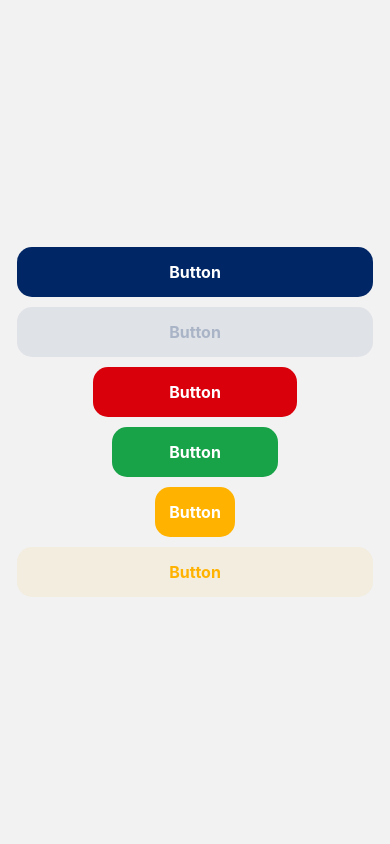
Repository: hungdomanh95/setuptheme
Screen: /HomeScreen
The author's editor kept a copy of each file at every save. The screen is drawn from the files as they stood at one save, then again after a run of saves.
The app was drawn by React Native's web renderer in a window 390 px wide. The project was rebuilt for these pictures with package versions that can differ from the ones it lists, and the page was loaded fresh each time. Also part of the build but not shown: src/components/Fade/index.js, src/components/Slide/index.js.

Above is the screen before, as saved 2022-05-17 11:57:32.

### App.js
import {View, Text} from 'react-native';
import React from 'react';
import RootNavigation from './src/navigation/rootNavigation';

const App = () => {
  return <RootNavigation />;
};

export default App;

### src/navigation/rootNavigation.js
import React from 'react'
import {NavigationContainer} from '@react-navigation/native';
import {createNativeStackNavigator} from '@react-navigation/native-stack';
import {
  HomeScreen,
} from '../screens';
import { SafeAreaProvider } from 'react-native-safe-area-context';

const Stack = createNativeStackNavigator();
const RootNavigation = () => {
  const screenOptions = {
    headerTransparent: true,
    headerShown: false,
  };
  const stackOption = {
    headerShown: true,
    headerBackTitle: '',
    headerTitle: '',
  };
  return (
    <SafeAreaProvider>
      <NavigationContainer>
        <Stack.Navigator screenOptions={screenOptions}>
          <Stack.Screen name="HomeScreen" component={HomeScreen} />
        </Stack.Navigator>
      </NavigationContainer>
    </SafeAreaProvider>
  );
};

export default RootNavigation;

### src/screens/index.js
import HomeScreen from './HomeScreen';
export {HomeScreen};

### src/screens/HomeScreen/index.js
import {View, Text, StyleSheet} from 'react-native';
import React from 'react';
import {COLOR, shadows} from '../../theme';
import {RNButton} from '../../components';

const HomeScreen = () => {
const hanle = () => {
  console.log("---");
}
  return (
    <View style={styles.container}>
      <RNButton text="Button" type={'primary'} size={'fullsize'} onPress={hanle} />
      <RNButton text="Button" type={'primary'} size={'fullsize'} onPress={hanle} disabled={true} />
      <RNButton text="Button" type={'danger'} size={'medium'} />
      <RNButton text="Button" type={'success'} size={'small'} />
      <RNButton text="Button" type={'warning'} size={80} />
      <RNButton text="Button" color={COLOR.neural8} colorText={COLOR.neural} />
    </View>
  );
};

export default HomeScreen;
const styles = StyleSheet.create({
  container: {
    flex: 1,
    justifyContent: 'center',
    alignItems: 'center',
  },
});

### src/theme/index.js
import {StyleSheet, Dimensions} from 'react-native';
const {width, height} = Dimensions.get('window');
const width_design = 375;
export const SIZE = {
  width,
  height,
  spacing: 16,
  icon: 24,
  btn1: (width * 343) / width_design,
  btn2: (width * 196) / width_design,
  btn3: (width * 160) / width_design,
};
export const COLOR = {
  primary: '#002665',
  primary80: "rgba(0, 38, 101, 0.8)",
  primary60: "rgba(0, 38, 101, 0.6)",
  primary40: "rgba(0, 38, 101, 0.4)",
  primary24: "rgba(0, 38, 101, 0.24)",
  primary16: "rgba(0, 38, 101, 0.16)",
  primary8: "rgba(0, 38, 101, 0.08)",
  primary4: "rgba(0, 38, 101, 0.04)",
  secondary: '#2567F9',
  secondary50: '#0077FF',
  secondary40: 'rgba(0, 119, 255, 0.4)',
  secondary24: 'rgba(0, 119, 255, 0.24)',
  secondary16: 'rgba(0, 119, 255, 0.16)',
  secondary8: 'rgba(0, 119, 255, 0.08)',
  white: '#FFFFFF',
  white64: 'rgba(255,255,255,0.64)',
  white40: 'rgba(255,255,255,0.4)',
  white24: 'rgba(255,255,255,0.24)',
  white16: 'rgba(255,255,255,0.16)',
  white8: 'rgba(255,255,255,0.08)',
  white4: 'rgba(255,255,255,0.04)',
  yellow: '#FDBE01',
  yellow80: 'rgba(253, 190, 1, 0.8)',
  yellow40: 'rgba(253, 190, 1, 0.4)',
  yellow16: 'rgba(253, 190, 1, 0.16)',
  red: '#DA000B',
  red80: 'rgba(227, 38, 46, 0.8)',
  red40: 'rgba(227, 38, 46, 0.4)',
  red16: 'rgba(227, 38, 46, 0.16)',
  gray: '#6D7E92',
  gray40: '#7689A2',
  gray24: '#B3BDCB',
  gray16: '#DADFE6',
  gray8: '#F9FAFD',
  green: '#18A348',
  green50: '#25C26E',
  green40: 'rgba(37, 194, 110, 0.4)',
  green24: 'rgba(37, 194, 110, 0.24)',
  neural: '#FFB200',
  neural80: 'rgba(255, 178, 0, 0.8)',
  neural40: 'rgba(255, 178, 0, 0.4)',
  neural24: 'rgba(255, 178, 0, 0.24)',
  neural16: 'rgba(255, 178, 0, 0.16)',
  neural8: 'rgba(255, 178, 0, 0.08)',
  orange: '#F44B02',
  orange80: 'rgba(244, 75, 2, 0.8)',
  orange40: 'rgba(244, 75, 2, 0.4)',
  orange8: '#FFECE3',
  infor: '#0289F4',
  infor80: 'rgba(2, 137, 244, 0.8)',
  infor40: 'rgba(2, 137, 244, 0.4)',
  infor10: 'rgba(2, 137, 244, 0.1)',
};
export const TEXT = StyleSheet.create({
  h1: {
    fontSize: 22,
    lineHeight: 33,
  },
  h2: {
    fontSize: 20,
    lineHeight: 30,
  },
  h3: {
    fontSize: 18,
    lineHeight: 27,
  },
  fz16: {
    fontSize: 16,
    lineHeight: 24,
  },
  fz14: {
    fontSize: 14,
    lineHeight: 21,
  },
  fz12: {
    fontSize: 12,
    lineHeight: 18,
  },
  fz10: {
    fontSize: 10,
    lineHeight: 15,
  },
  bold: {
    fontWeight: '700',
  },
  medium: {
    fontWeight: '500',
  },
  regular: {
    fontWeight: '400',
  },
});
export const shadows = StyleSheet.create({
  sh: {
    backgroundColor: '#FFFFFF',
    shadowColor: 'rgba(0, 38, 101, 0.1)',
    shadowOffset: {
      width: 0,
      height: 2,
    },
    shadowOpacity: 2,
    shadowRadius: 5,
    elevation: 5,
  },
});

### src/components/index.js
import Fade from './Fade';
import Slide from './Slide';
import RNButton from './RNButton';
export {Fade, Slide, RNButton};

### src/components/RNButton/index.js
import {StyleSheet, Text, View, TouchableOpacity} from 'react-native';
import React, {useEffect} from 'react';
import {COLOR, SIZE, TEXT} from '../../theme';

const RNButton = props => {
  const {text, type, size, onPress, disabled} = props;

  const colorBTN = () => {
    let colorBtn;
    if (disabled) colorBtn = COLOR.primary8;
    else if (type === 'success') colorBtn = COLOR.green;
    else if (type === 'warning') colorBtn = COLOR.neural;
    else if (type === 'danger') colorBtn = COLOR.red;
    else if (type === 'primary') colorBtn = COLOR.primary;
    else if (props.color) colorBtn = props.color;
    return colorBtn;
  };
  const sizeBTN = () => {
    let sizeBtn = SIZE.btn1;
    if (size === 'fullsize') sizeBtn = SIZE.btn1;
    else if (size === 'medium') sizeBtn = SIZE.btn2;
    else if (size === 'small') sizeBtn = SIZE.btn3;
    else if (typeof size == 'number') sizeBtn = size;
    return sizeBtn;
  };
  const colorText = () => {
    let colorText = COLOR.white;
    if (disabled) colorText = COLOR.primary24;
    else if (props.colorText) colorText = props.colorText;
    return colorText;
  };
  const styles = styleWithProps(props, colorBTN(), sizeBTN(), colorText());
  return (
    <TouchableOpacity
      style={styles.container}
      onPress={onPress}
      disabled={disabled}>
      <Text style={styles.text}>{text}</Text>
    </TouchableOpacity>
  );
};

const styleWithProps = (props, color, size, colorText) => {
  return StyleSheet.create({
    container: {
      width: size,
      height: 50,
      justifyContent: 'center',
      alignItems: 'center',
      backgroundColor: color,
      borderRadius: 15,
      marginVertical: 5,
    },
    text: {
      color: colorText,
      ...TEXT.fz16,
      ...TEXT.bold,
    },
  });
};
export default RNButton;

After the next 2 saves:
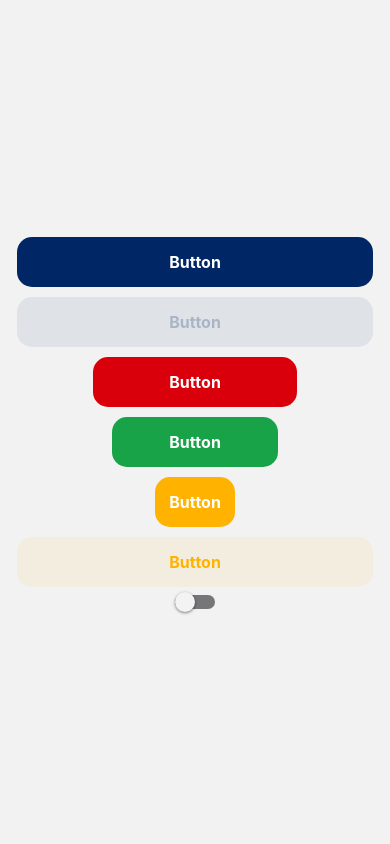
The 2 saves are shown as one change because 1 did not build or start.
The last was saved 83 min 25 s later.
--- a/src/screens/HomeScreen/index.js
+++ b/src/screens/HomeScreen/index.js
@@ -1,11 +1,12 @@
-import {View, Text, StyleSheet} from 'react-native';
-import React from 'react';
+import {View, Text, StyleSheet,Switch} from 'react-native';
+import React,{useState} from 'react';
 import {COLOR, shadows} from '../../theme';
 import {RNButton} from '../../components';
 
 const HomeScreen = () => {
+  const [isEnabled, setIsEnabled] = useState(false);
+  const toggleSwitch = () => setIsEnabled(previousState => !previousState);
 const hanle = () => {
-  console.log("---");
 }
   return (
     <View style={styles.container}>
@@ -15,6 +16,13 @@ const hanle = () => {
       <RNButton text="Button" type={'success'} size={'small'} />
       <RNButton text="Button" type={'warning'} size={80} />
       <RNButton text="Button" color={COLOR.neural8} colorText={COLOR.neural} />
+      <Switch
+        trackColor={{ false: "#767577", true: "#81b0ff" }}
+        thumbColor={isEnabled ? "#f5dd4b" : "#f4f3f4"}
+        ios_backgroundColor="#3e3e3e"
+        onValueChange={toggleSwitch}
+        value={isEnabled}
+      />
     </View>
   );
 };
